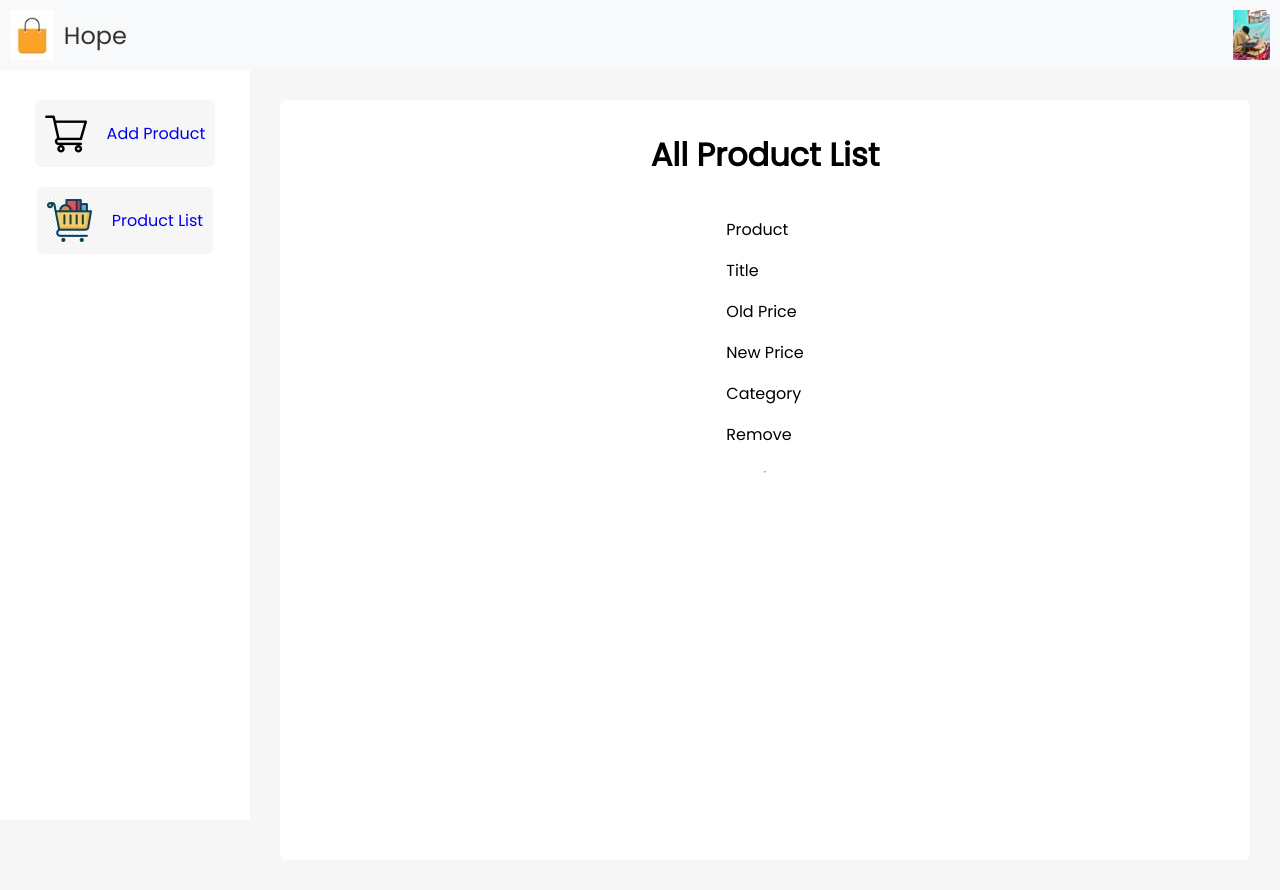
Repository: ititiu20201/Shopping-Online
Page: /listproduct (app in admin/)
The author's editor kept a copy of each file at every save. The page is drawn from the files as they stood at one save, then again after the next save.
The browser window is 1280 px wide. The pictures show the whole page.
The page's requests for data from a server got no answer. The project was rebuilt for these pictures with package versions that can differ from the ones it lists, and the page was loaded fresh each time. No one was signed in, and anything a server would have sent is missing. Also part of the build but not shown: Admin/vite.config.js, admin/src/Components/Addproduct/Addproduct.css, admin/src/Components/Addproduct/Addproduct.jsx.

Above is the page before, as saved 2024-06-19 01:33:46.

After the next save:
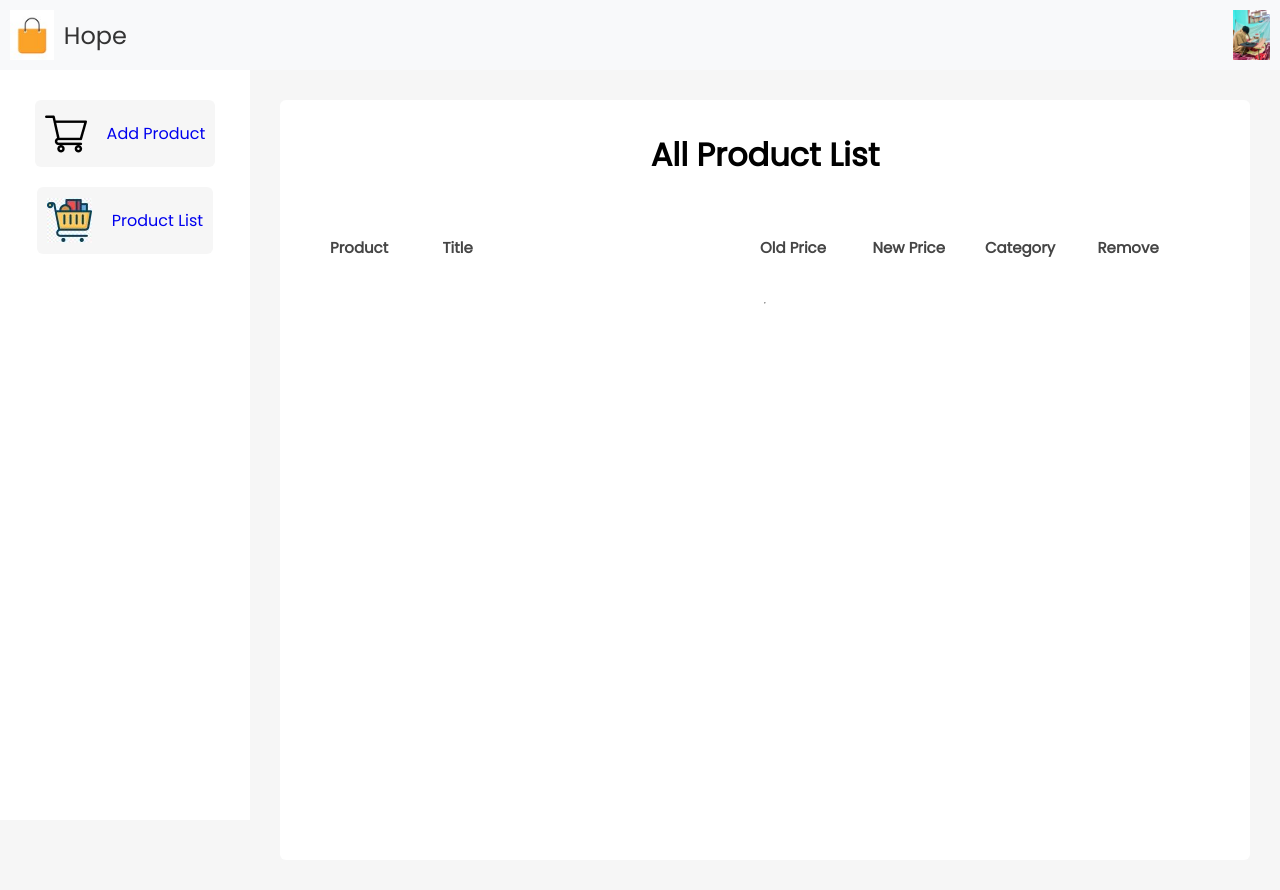
Saved 2 min 21 s later.
--- a/admin/src/Components/Listproduct/Listproduct.css
+++ b/admin/src/Components/Listproduct/Listproduct.css
@@ -9,7 +9,8 @@
   border-radius: 6px;
   background: white;
 }
-.listproduct-fortmat-main {
+
+.listproduct-format-main {
   display: grid;
   grid-template-columns: 1fr 3fr 1fr 1fr 1fr 1fr;
   gap: 10px;
